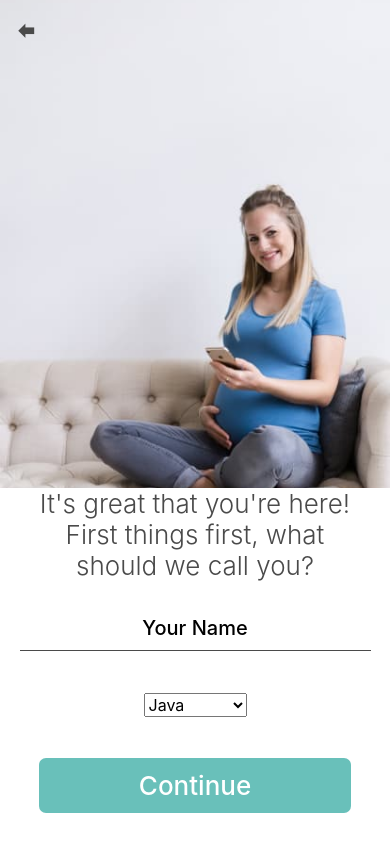
Repository: pheonixlegend/keleya
Screen: /Name
The author's editor kept a copy of each file at every save. The screen is drawn from the files as they stood at one save, then again after the next save.
The app was drawn by React Native's web renderer in a window 390 px wide. The project was rebuilt for these pictures with package versions that can differ from the ones it lists, and the page was loaded fresh each time. Also part of the build but not shown: components/ImageHeader.tsx, components/LoginSignupDetails.tsx, screens/SignUp.tsx, screens/SignIn.tsx, screens/Date.tsx, screens/Workout.tsx, screens/Success.tsx.

Above is the screen before, as saved 2021-10-10 14:11:50.

After the next save:
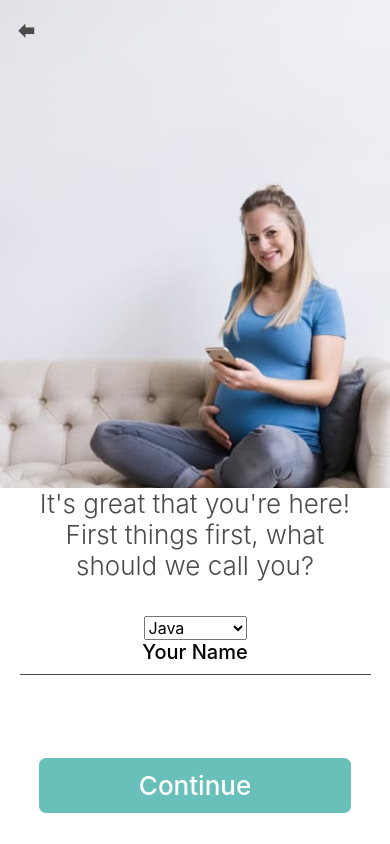
Saved 69 s later.
--- a/components/NameTimeDetails.tsx
+++ b/components/NameTimeDetails.tsx
@@ -25,11 +25,6 @@ const NameTimeDetails: FC<Props> = ({ screenType }) => {
             'It\'s great that you\'re here! First things first, what should we call you?'
            : 'When is your baby due, Sam?'}</Text>
 
-        <TextInput
-          placeholder="Your Name"
-          style={styles.input}
-        />
-
         <Picker
           selectedValue={selectedLanguage}
           onValueChange={(itemValue, itemIndex) =>
@@ -38,6 +33,13 @@ const NameTimeDetails: FC<Props> = ({ screenType }) => {
           <Picker.Item label="Java" value="java" />
           <Picker.Item label="JavaScript" value="js" />
         </Picker>
+
+        <TextInput
+          placeholder="Your Name"
+          style={styles.input}
+        />
+
+
       </View>
     </View>
   )
